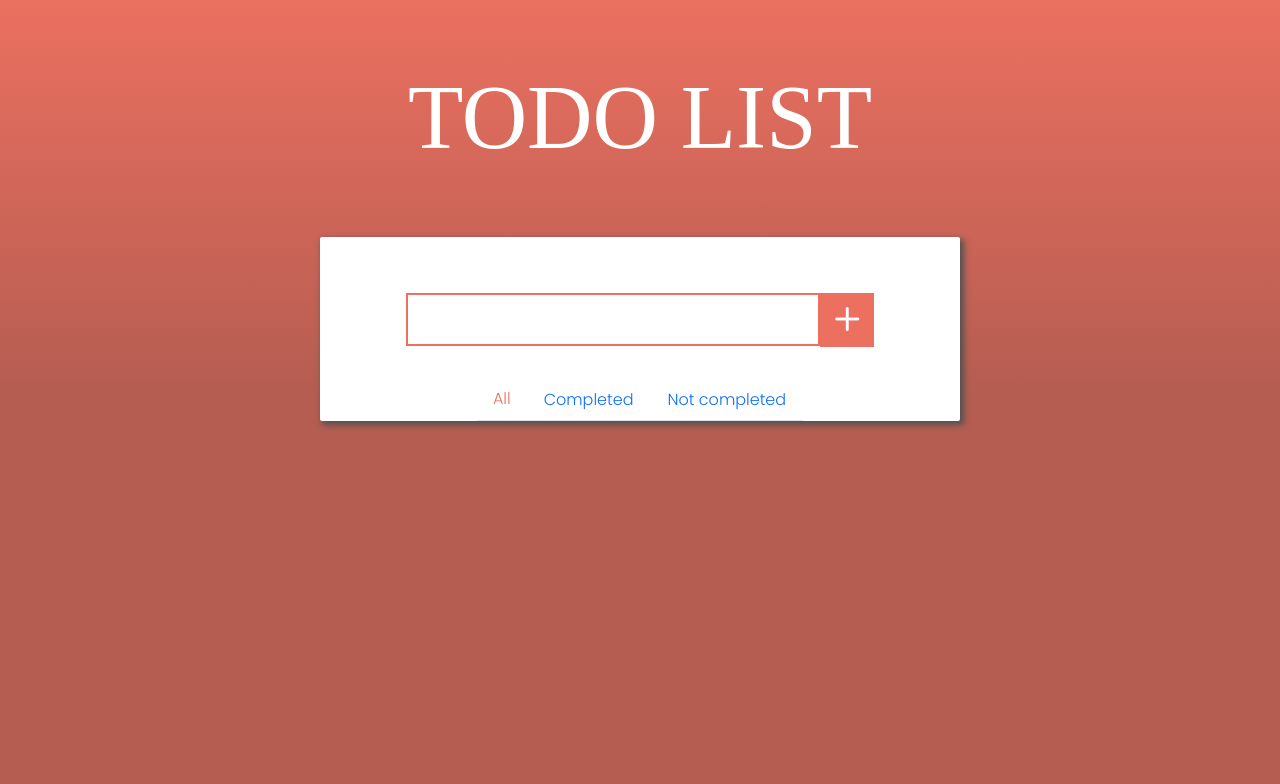
Repository: zum281/todo-list
Page: index.html
The author's editor kept a copy of each file at every save. The page is drawn from the files as they stood at one save, then again after the next save.
The browser window is 1280 px wide. The pictures show the whole page.
Some web fonts or font styles are not loaded; a fallback is used. Some web libraries are served in a nearby version. The style sheet was rebuilt from its Sass, Less or Tailwind sources for each picture, by a compiler version that may differ from the author's.

Above is the page before, as saved 2021-03-07 14:32:38.

### index.html
<!DOCTYPE html>
<html lang="en">

    <head>
        <meta charset="UTF-8">
        <meta http-equiv="X-UA-Compatible" content="IE=edge">
        <meta name="viewport" content="width=device-width, initial-scale=1.0">

        <!-- Bootstrap CSS -->
        <link href="https://cdn.jsdelivr.net/npm/bootstrap@5.0.0-beta2/dist/css/bootstrap.min.css" rel="stylesheet"
            integrity="sha384-BmbxuPwQa2lc/FVzBcNJ7UAyJxM6wuqIj61tLrc4wSX0szH/Ev+nYRRuWlolflfl" crossorigin="anonymous">
        <!-- Option 1: Bootstrap Bundle with Popper -->
        <script src="https://cdn.jsdelivr.net/npm/bootstrap@5.0.0-beta2/dist/js/bootstrap.bundle.min.js"
            integrity="sha384-b5kHyXgcpbZJO/tY9Ul7kGkf1S0CWuKcCD38l8YkeH8z8QjE0GmW1gYU5S9FOnJ0" crossorigin="anonymous">
        </script>
        <link rel="stylesheet" href="https://cdn.jsdelivr.net/npm/bootstrap-icons@1.4.0/font/bootstrap-icons.css">
        <!--Jquery-->
        <script src="https://code.jquery.com/jquery-3.6.0.min.js"
            integrity="sha256-/xUj+3OJU5yExlq6GSYGSHk7tPXikynS7ogEvDej/m4=" crossorigin="anonymous"></script>

        <link rel="stylesheet" href="css/main.css">
        <title>Todo List</title>
    </head>

    <body>
        <h1 class="title">TODO LIST</h1>
        <div class="container main">
            <div class="add-todo-box">
                <input type="text" name="add-todo" id="add-todo">
                <div class="icon" id="add-todo-btn"><i class="bi bi-plus"></i></div>
            </div>
            <div class="todo-list-container">
                <ul class="todo-list"></ul>
            </div>
            <div class="tabs">
                <ul class="nav nav-tabs">
                    <li class="nav-item">
                        <span class="nav-link active" id="show-all">All</span>
                    </li>
                    <li class="nav-item">
                        <span class="nav-link" id="show-completed">Completed</span>
                    </li>
                    <li class="nav-item">
                        <span class="nav-link" id="show-not-completed">Not completed</span>
                    </li>
                </ul>
            </div>
        </div>
        <script src="js/main.js"></script>
    </body>

</html>

### js/main.js
const add_todo_btn = $("#add-todo-btn");
const add_todo_input = $("#add-todo");
const todo_list_container = $(".todo-list-container");
const todo_list = $(".todo-list");
let todos = [];
let completed_todos = [];
$(document).ready(function () {
    $("#show-all").trigger("click");
    add_todo_btn.click(() => {
        let new_todo = add_todo_input.val();
        if (new_todo != "") {
            todos.push(new_todo);

            todo_list_container.show();
            todo_list.append(`
            <li class="todo-item" data-status="not-completed"><span class="todo-text">${new_todo}</span>
                <div class="icons">
                    <div class="icon done"><i class="bi bi-check"></i></div>
                    <div class="icon remove"><i class="bi bi-x"></i></div>
                </div>
            </li>
            `);

            add_todo_input.val("");
        } else {
            alert("puzzi");
        }
    });

    $("#show-all").click(function () {
        $("#show-all").addClass("active");
        $("#show-completed").removeClass("active");
        $("#show-not-completed").removeClass("active");
        todo_list.children().each(function () {
            $(this).show();
        });
    });
    $("#show-completed").click(function () {
        $("#show-all").removeClass("active");
        $("#show-completed").addClass("active");
        $("#show-not-completed").removeClass("active");
        todo_list.children().each(function () {
            if ($(this).attr("data-status") == "completed") $(this).show();
            else $(this).hide();
        });
    });

    $("#show-not-completed").click(function () {
        $("#show-all").removeClass("active");
        $("#show-completed").removeClass("active");
        $("#show-not-completed").addClass("active");
        todo_list.children().each(function () {
            if ($(this).attr("data-status") == "not-completed") $(this).show();
            else $(this).hide();
        });
    });

    $(document).on("click", ".done", function () {
        let todo_el = $(this).parents(".todo-item");
        let todo = todo_el.find(".todo-text");
        todo_el.attr("data-status", "completed");
        console.log(todo_el.attr("data-status"));
        let text = todo.html();
        todo.html(text.strike());
        let pos = todos.indexOf(todo);
        let removedItem = todos.splice(pos, 1); // this is how to remove an item
        completed_todos.push(removedItem);

        if ($("#show-not-completed").hasClass("active")) {
            $("#show-not-completed").trigger("click");
        }
    });
    $(document).on("click", ".remove", function () {
        let removedItem;
        let todo_el = $(this).parents(".todo-item");
        let todo = todo_el.find(".todo-text").html();

        if (todos.includes(todo)) {
            let pos = todos.indexOf(todo);
            removedItem = todos.splice(pos, 1); // this is how to remove an item
        } else {
            let pos = completed_todos.indexOf(todo);
            removedItem = completed_todos.splice(pos, 1); // this is how to remove an item
        }
        todo_el.remove();
    });
});

$(document).keyup(function (e) {
    if (e.key == "Enter") {
        add_todo_btn.trigger("click");
    }
});

### sass/main.scss
@import url("https://fonts.googleapis.com/css2?family=Poppins:wght@300;400;500;600;700&display=swap");
@import url("https://fonts.googleapis.com/css2?family=Chelsea+Market&display=swap");
@import "_variables";
* {
    margin: 0;
    padding: 0;
    box-sizing: border-box;
}

body {
    min-height: 100vh;
    font-weight: 300;
    font-family: "Poppins";
    //background-color: $primary-orange;
    background: linear-gradient(
        180deg,
        rgba(235, 112, 96, 1) 0%,
        rgba(181, 93, 81, 1) 50%
    );
    color: $text-main;
}

.title {
    font-family: "Chelsea Market";
    text-align: center;
    font-size: 68pt;
    color: #fff;
    margin: 4rem auto;
}

.main {
    min-width: 300px;
    display: flex;
    flex-direction: column;
    align-items: center;
    justify-content: space-between;
    margin-top: 1rem;
    padding: 2.5rem 1.5rem;
    padding-bottom: 0;
    max-width: 50%;
    border-radius: 2px;
    background-color: #fff;
    box-shadow: 3px 3px 6px 1px $text-light;
    .add-todo-box {
        width: 100%;
        display: flex;
        align-items: center;
        justify-content: center;

        input {
            width: 70%;
            border: none;
            border: 2px solid $primary-orange;
            line-height: 1;
            padding: 0.5rem;
            font-size: 16px;
            color: #333333;
            &:focus {
                outline: none;
            }
        }
        .icon {
            background-color: $primary-orange;
            display: grid;
            place-items: center;
            width: 45px;
            height: 45px;
            color: #fff;
            cursor: pointer;

            i {
                font-size: 45px;
                line-height: 1;
            }
        }
    }
    .todo-list-container {
        display: none;
        padding: 1rem;
        width: 100%;

        ul {
            padding-left: 0.5rem;

            .todo-item {
                display: flex;
                align-items: center;
                justify-content: space-between;
                font-size: 18px;
                .icons {
                    display: flex;
                    .icon {
                        display: grid;
                        place-items: center;
                        width: 28px;
                        height: 28px;
                        i {
                            font-size: 24px;
                            line-height: 1;
                        }
                    }
                }
            }
        }
    }

    .tabs {
        margin-top: 2rem;
        margin-bottom: 0;
        .nav-link {
            cursor: pointer;
            transition: none !important;
        }
        .nav-link.active {
            color: $primary-orange;
            border: none;
        }
        .nav-link:hover {
            border: none;
            color: $primary-orange;
        }
    }
}

.done:hover {
    color: #298920;
}

.remove:hover {
    color: #ea1a0c;
}

@media screen and (min-width: 767px) {
    .main {
        min-width: 600px;
        padding: 3.5rem 1.5rem;
        padding-bottom: 0;

        .add-todo-box {
            input {
                font-size: 22px;
            }
            .icon {
                width: 54px;
                height: 54px;

                i {
                    font-size: 48px;
                }
            }
        }
        .todo-list-container {
            padding: 2.5rem;

            ul {
                padding-left: 1rem;
            }
        }
    }
}

### sass/_variables.scss
$primary-orange: #eb7060;
$dark-orange: #b55d51;
$text-main: #383837;
$text-light: #525151;

After the next save:
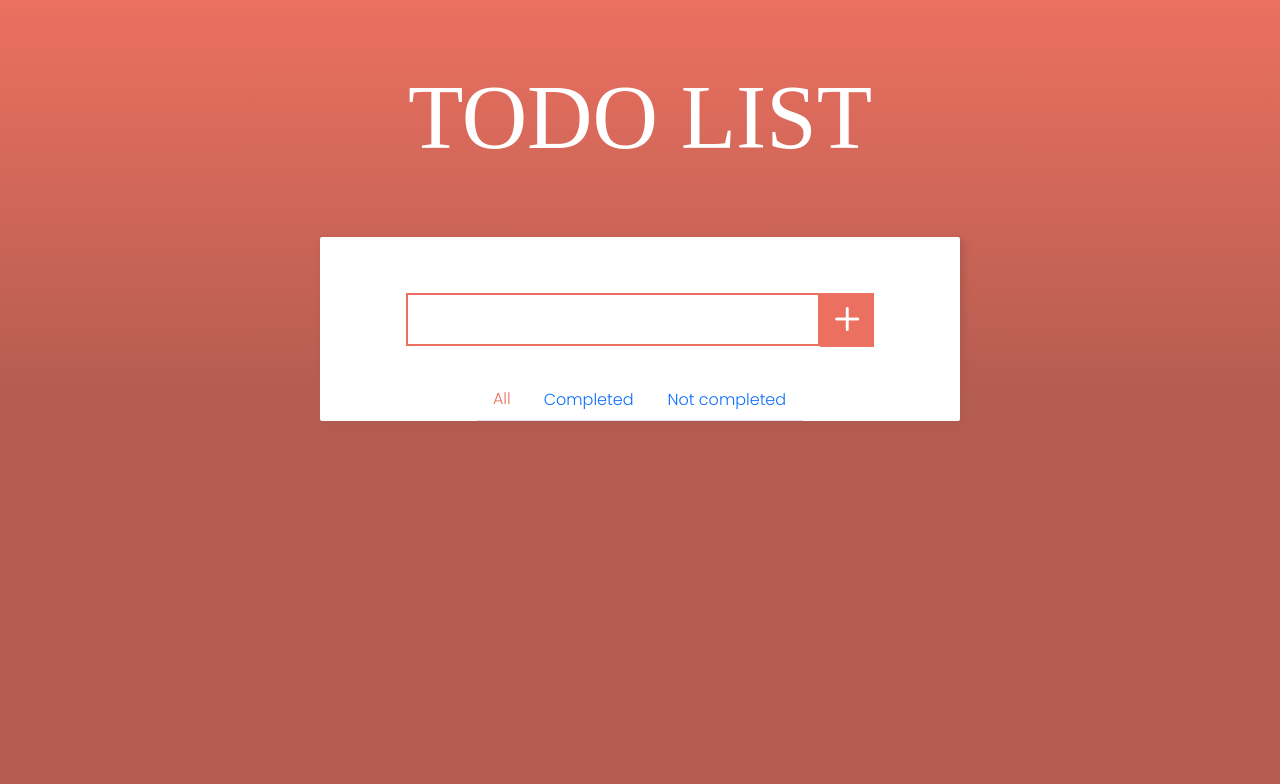
Saved 25 s later.
--- a/sass/main.scss
+++ b/sass/main.scss
@@ -40,7 +40,7 @@ body {
     max-width: 50%;
     border-radius: 2px;
     background-color: #fff;
-    box-shadow: 3px 3px 6px 1px $text-light;
+    box-shadow: 3px 3px 6px 1px #b05a4f;
     .add-todo-box {
         width: 100%;
         display: flex;
